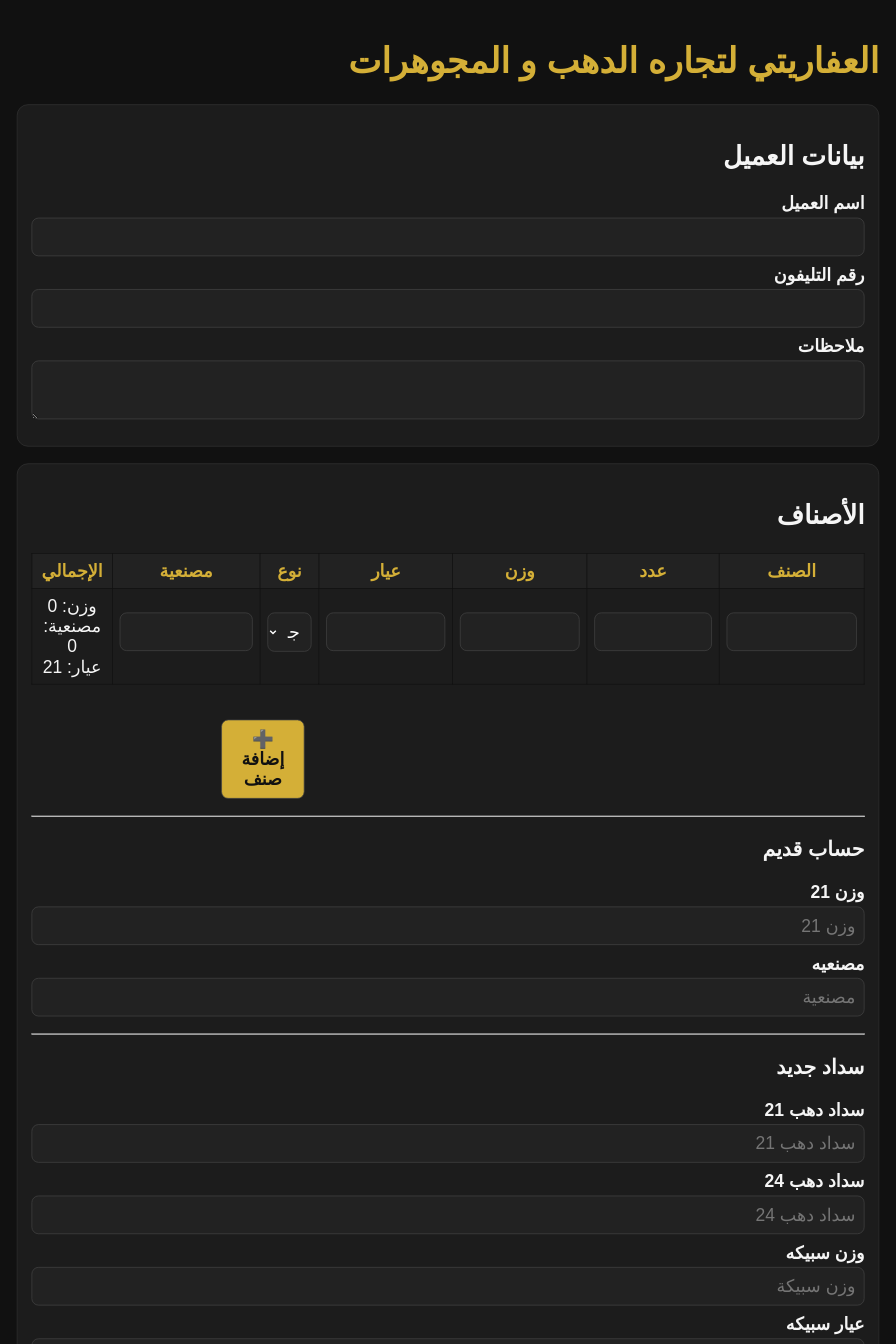
Repository: erineehab27/gold-shop
Page: /
The author's editor kept a copy of each file at every save. The page is drawn from the files as they stood at one save, then again after the next save.
The browser window is 1280 px wide. The pictures show the part of the page from y = 0 to 1920 px (the page is 3100 px tall), at 70% of full size.
The project was rebuilt for these pictures with package versions that can differ from the ones it lists, and the page was loaded fresh each time. Also part of the build but not shown: vite.config.js, src/printpage.jsx.

Above is the page before, as saved 2026-05-15 13:47:28.

### index.html
<!doctype html>
<html lang="en">
  <head>
    <meta charset="UTF-8" />
    <link rel="icon" type="image/svg+xml" href="/favicon.svg" />
    <meta name="viewport" content="width=device-width, initial-scale=1.0" />
    <title>العفاريتي لتجارة الذهب و المجوهرات</title>
  </head>
  <body>
    <div id="root"></div>
    <script type="module" src="/src/main.jsx"></script>
  </body>
</html>

### src/main.jsx
// import React from "react";
// import ReactDOM from "react-dom/client";
// import App from "./App.jsx";

// ReactDOM.createRoot(document.getElementById("root")).render(
//   <React.StrictMode>
//     <App />
//   </React.StrictMode>
// );





import React from "react";
import ReactDOM from "react-dom/client";
import App from "./App.jsx";
import PrintPage from "./printpage.jsx";

import { BrowserRouter, Routes, Route } from "react-router-dom";


ReactDOM.createRoot(document.getElementById("root")).render(
  <BrowserRouter>
    <Routes>
      <Route path="/" element={<App />} />
      <Route path="/print" element={<PrintPage />} />

    </Routes>
  </BrowserRouter>
);

### src/App.jsx
// import { useState } from "react";
// import { useNavigate } from "react-router-dom";
// import "./App.css";

// export default function App() {
//   const navigate = useNavigate();

//   const [showForm, setShowForm] = useState(false);

//   // ✅ بيانات العميل manual
//   const [customerName, setCustomerName] = useState("");
//   const [customerPhone, setCustomerPhone] = useState("");
//   const [customerNotes, setCustomerNotes] = useState("");

//   const [invoices, setInvoices] = useState([]);

//   const [items, setItems] = useState([
//     { name: "", count: "", weight: "", karat: "", workmanship: "", type: "gram" }
//   ]);

//   const [oldGold, setOldGold] = useState("");
//   const [oldWorkmanship, setOldWorkmanship] = useState("");

//   const [payGold, setPayGold] = useState("");
//   const [payGold24, setPayGold24] = useState("");
//   const [payWorkmanshipNow, setPayWorkmanshipNow] = useState("");
//   const [cashBack, setCashBack] = useState("");

//   const [barWeight, setBarWeight] = useState("");
//   const [barKarat, setBarKarat] = useState("");

//   const fix = (num) => Number(Number(num).toFixed(2));

//   const handleItemChange = (index, field, value) => {
//     const updated = [...items];
//     updated[index][field] = value;
//     setItems(updated);
//   };

//   const addRow = () => {
//     setItems([
//       ...items,
//       { name: "", count: "", weight: "", karat: "", workmanship: "", type: "gram" }
//     ]);
//   };

//   let totalWeight21 = 0;
//   let totalWorkmanship = 0;

//   items.forEach((item) => {
//     const count = Number(item.count || 0);
//     const weight = Number(item.weight || 0);
//     const karat = Number(item.karat || 0);
//     const workmanship = Number(item.workmanship || 0);

//     let itemWeight = count * weight;
//     let itemWork = item.type === "piece"
//       ? count * workmanship
//       : itemWeight * workmanship;

//     let weight21 = 0;

//     if (karat === 24) weight21 = (itemWeight * 999.9) / 875;
//     else if (karat === 21) weight21 = itemWeight;
//     else weight21 = (itemWeight * karat) / 875;

//     totalWeight21 += weight21;
//     totalWorkmanship += itemWork;
//   });

//   totalWeight21 += Number(oldGold || 0);
//   totalWorkmanship += Number(oldWorkmanship || 0);

//   const payGold24_to21 = (Number(payGold24 || 0) * 999.9) / 875;
//   const barEquivalent21 = (Number(barWeight || 0) * Number(barKarat || 0)) / 875;

//   const totalPaidGold =
//     Number(payGold || 0) +
//     payGold24_to21 +
//     barEquivalent21;

//   const totalPaidWork =
//     Number(payWorkmanshipNow || 0) +
//     Number(cashBack || 0);

//   const remainingGold = fix(totalWeight21 - totalPaidGold);
//   const remainingWork = fix(totalWorkmanship - totalPaidWork);

//   return (
//     <div className="app">
//       <h1>العفاريتي لتجاره الدهب و المجوهرات</h1>

//       {/* ✅ بيانات العميل */}
//       <section className="card">
//         <h2>بيانات العميل</h2>

//         <label>اسم العميل</label>
//         <input value={customerName} onChange={(e) => setCustomerName(e.target.value)} />

//         <label>رقم التليفون</label>
//         <input value={customerPhone} onChange={(e) => setCustomerPhone(e.target.value)} />

//         <label>ملاحظات</label>
//         <textarea value={customerNotes} onChange={(e) => setCustomerNotes(e.target.value)} />
//       </section>

//       <section className="card">
//         <h2>الأصناف</h2>

//         <table>
//           <thead>
//             <tr>
//               <th>الصنف</th>
//               <th>عدد</th>
//               <th>وزن</th>
//               <th>عيار</th>
//               <th>نوع</th>
//               <th>مصنعية</th>
//               <th>الإجمالي</th>
//             </tr>
//           </thead>

//           <tbody>
//             {items.map((item, i) => {
//               const count = Number(item.count || 0);
//               const weight = Number(item.weight || 0);
//               const karat = Number(item.karat || 0);
//               const workmanship = Number(item.workmanship || 0);

//               let itemWeight = count * weight;
//               let itemWork = 0;

//               if (item.type === "piece") {
//                 itemWork = count * workmanship;
//               } else {
//                 itemWork = itemWeight * workmanship;
//               }

//               return (
//                 <tr key={i}>
//                   <td><input onChange={(e) => handleItemChange(i, "name", e.target.value)} /></td>
//                   <td><input onChange={(e) => handleItemChange(i, "count", e.target.value)} /></td>
//                   <td><input onChange={(e) => handleItemChange(i, "weight", e.target.value)} /></td>
//                   <td><input onChange={(e) => handleItemChange(i, "karat", e.target.value)} /></td>
//                   <td>
//                     <select onChange={(e) => handleItemChange(i, "type", e.target.value)}>
//                       <option value="gram">جرام</option>
//                       <option value="piece">قطعة</option>
//                     </select>
//                   </td>
//                   <td><input onChange={(e) => handleItemChange(i, "workmanship", e.target.value)} /></td>
//                   <td>
//                     وزن: {fix(itemWeight)} <br />
//                     مصنعية: {fix(itemWork)} <br />
//                     عيار: {karat === 24 ? "24" : "21"}
//                   </td>
//                 </tr>
//               );
//             })}
//           </tbody>
//         </table>

//         <button className="add" onClick={addRow}>➕ إضافة صنف</button>

//         <hr />

//         <h3>حساب قديم</h3>
//         <label>وزن 21</label>
//         <input placeholder="وزن 21" onChange={(e) => setOldGold(e.target.value)} />
//         <label> مصنعيه</label>
//         <input placeholder="مصنعية" onChange={(e) => setOldWorkmanship(e.target.value)} />

//         <hr />

//         <h3>سداد جديد</h3>
//         <label> سداد دهب 21</label>
//         <input placeholder="سداد دهب 21" onChange={(e) => setPayGold(e.target.value)} />
//         <label>سداد دهب 24</label>
//         <input placeholder="سداد دهب 24" onChange={(e) => setPayGold24(e.target.value)} />

//         {/* 🔥 السبيكة */}
//         <label>وزن سبيكه</label>
//         <input placeholder="وزن سبيكة" onChange={(e) => setBarWeight(e.target.value)} />
//         <label>عيار سبيكه</label>
//         <input placeholder="عيار سبيكة" onChange={(e) => setBarKarat(e.target.value)} />
//         <label>مكافئ 21</label>
//         <input value={fix(barEquivalent21)} readOnly placeholder="مكافئ 21" />

//         <label>سداد مصنعيه</label>
//         <input placeholder="سداد مصنعية" onChange={(e) => setPayWorkmanshipNow(e.target.value)} />
//         <label>كاش باك</label>
//         <input placeholder="كاش باك" onChange={(e) => setCashBack(e.target.value)} />

//         <hr />

//         <h3>الإجماليات</h3>
//         <p>وزن 21: {fix(totalWeight21)}</p>
//         <p>مصنعية: {fix(totalWorkmanship)}</p>
//         <p>مدفوع ذهب: {fix(totalPaidGold)}</p>
//         <p>مدفوع مصنعية: {fix(totalPaidWork)}</p>

//         <h3>المتبقي</h3>
//         <p>ذهب: {remainingGold}</p>
//         <p>مصنعية: {remainingWork}</p>

//         <button
//           className="add"
//           onClick={() => {

//             // 🔥 نروح للطباعة بالبيانات manual
//             navigate("/print", {
//               state: {
//                 customer: {
//                   name: customerName,
//                   phone: customerPhone,
//                   notes: customerNotes
//                 },
//                 items,
//                 oldGold,
//                 oldWorkmanship,
//                 payGold,
//                 payGold24,
//                 payWorkmanshipNow,
//                 cashBack,
//                 barWeight,
//                 barKarat
//               }
//             });

//           }}
//         >
//           🖨️ طباعة
//         </button>
//       </section>
//     </div>
//   );
// }





import { useState } from "react";
import { useNavigate } from "react-router-dom";
import "./App.css";

export default function App() {
  const navigate = useNavigate();

  const [showForm, setShowForm] = useState(false);

  // ✅ بيانات العميل manual
  const [customerName, setCustomerName] = useState("");
  const [customerPhone, setCustomerPhone] = useState("");
  const [customerNotes, setCustomerNotes] = useState("");

  const [invoices, setInvoices] = useState([]);

  const [items, setItems] = useState([
    { name: "", count: "", weight: "", karat: "", workmanship: "", type: "gram" }
  ]);

  const [oldGold, setOldGold] = useState("");
  const [oldWorkmanship, setOldWorkmanship] = useState("");

  const [payGold, setPayGold] = useState("");
  const [payGold24, setPayGold24] = useState("");
  const [payWorkmanshipNow, setPayWorkmanshipNow] = useState("");
  const [cashBack, setCashBack] = useState("");

  const [barWeight, setBarWeight] = useState("");
  const [barKarat, setBarKarat] = useState("");

  const fix = (num) => Number(Number(num).toFixed(2));

  const handleItemChange = (index, field, value) => {
    const updated = [...items];
    updated[index][field] = value;
    setItems(updated);
  };

  const addRow = () => {
    setItems([
      ...items,
      { name: "", count: "", weight: "", karat: "", workmanship: "", type: "gram" }
    ]);
  };

  let totalWeight21 = 0;
  let totalWorkmanship = 0;

  items.forEach((item) => {
    const count = Number(item.count || 0);
    const weight = Number(item.weight || 0);
    const karat = Number(item.karat || 0);
    const workmanship = Number(item.workmanship || 0);

    let itemWeight = count * weight;
    let itemWork = item.type === "piece"
      ? count * workmanship
      : itemWeight * workmanship;

    let weight21 = 0;

    if (karat === 24) weight21 = (itemWeight * 999.9) / 875;
    else if (karat === 21) weight21 = itemWeight;
    else weight21 = (itemWeight * karat) / 875;

    totalWeight21 += weight21;
    totalWorkmanship += itemWork;
  });

  totalWeight21 += Number(oldGold || 0);
  totalWorkmanship += Number(oldWorkmanship || 0);

  const payGold24_to21 = (Number(payGold24 || 0) * 999.9) / 875;
  const barEquivalent21 = (Number(barWeight || 0) * Number(barKarat || 0)) / 875;
  const barWorkmanship = Number(barEquivalent21 || 0) * 8;

  const totalPaidGold =
    Number(payGold || 0) +
    payGold24_to21 +
    barEquivalent21;

    const totalPaidWork =
    Number(payWorkmanshipNow || 0) +
    Number(cashBack || 0) +
    barWorkmanship;

  const remainingGold = fix(totalWeight21 - totalPaidGold);
  const remainingWork = fix(
    totalWorkmanship - totalPaidWork
  );

  return (
    <div className="app">
      <h1>العفاريتي لتجاره الدهب و المجوهرات</h1>

      {/* ✅ بيانات العميل */}
      <section className="card">
        <h2>بيانات العميل</h2>

        <label>اسم العميل</label>
        <input value={customerName} onChange={(e) => setCustomerName(e.target.value)} />

        <label>رقم التليفون</label>
        <input value={customerPhone} onChange={(e) => setCustomerPhone(e.target.value)} />

        <label>ملاحظات</label>
        <textarea value={customerNotes} onChange={(e) => setCustomerNotes(e.target.value)} />
      </section>

      <section className="card">
        <h2>الأصناف</h2>

        <table>
          <thead>
            <tr>
              <th>الصنف</th>
              <th>عدد</th>
              <th>وزن</th>
              <th>عيار</th>
              <th>نوع</th>
              <th>مصنعية</th>
              <th>الإجمالي</th>
            </tr>
          </thead>

          <tbody>
            {items.map((item, i) => {
              const count = Number(item.count || 0);
              const weight = Number(item.weight || 0);
              const karat = Number(item.karat || 0);
              const workmanship = Number(item.workmanship || 0);

              let itemWeight = count * weight;
              let itemWork = 0;

              if (item.type === "piece") {
                itemWork = count * workmanship;
              } else {
                itemWork = itemWeight * workmanship;
              }

              return (
                <tr key={i}>
                  <td><input onChange={(e) => handleItemChange(i, "name", e.target.value)} /></td>
                  <td><input onChange={(e) => handleItemChange(i, "count", e.target.value)} /></td>
                  <td><input onChange={(e) => handleItemChange(i, "weight", e.target.value)} /></td>
                  <td><input onChange={(e) => handleItemChange(i, "karat", e.target.value)} /></td>
                  <td>
                    <select onChange={(e) => handleItemChange(i, "type", e.target.value)}>
                      <option value="gram">جرام</option>
                      <option value="piece">قطعة</option>
                    </select>
                  </td>
                  <td><input onChange={(e) => handleItemChange(i, "workmanship", e.target.value)} /></td>
                  <td>
                    وزن: {fix(itemWeight)} <br />
                    مصنعية: {fix(itemWork)} <br />
                    عيار: {karat === 24 ? "24" : "21"}
                  </td>
                </tr>
              );
            })}
          </tbody>
        </table>

        <button className="add" onClick={addRow}>➕ إضافة صنف</button>

        <hr />

        <h3>حساب قديم</h3>
        <label>وزن 21</label>
        <input placeholder="وزن 21" onChange={(e) => setOldGold(e.target.value)} />
        <label> مصنعيه</label>
        <input placeholder="مصنعية" onChange={(e) => setOldWorkmanship(e.target.value)} />

        <hr />

        <h3>سداد جديد</h3>
        <label> سداد دهب 21</label>
        <input placeholder="سداد دهب 21" onChange={(e) => setPayGold(e.target.value)} />
        <label>سداد دهب 24</label>
        <input placeholder="سداد دهب 24" onChange={(e) => setPayGold24(e.target.value)} />

        {/* 🔥 السبيكة */}
        <label>وزن سبيكه</label>
        <input placeholder="وزن سبيكة" onChange={(e) => setBarWeight(e.target.value)} />
        <label>عيار سبيكه</label>
        <input placeholder="عيار سبيكة" onChange={(e) => setBarKarat(e.target.value)} />
        <label>مكافئ 21</label>
        <input value={fix(barEquivalent21)} readOnly placeholder="مكافئ 21" />
        <label>أجرة السبيكة</label>
<input
  value={fix(barWorkmanship)}
  readOnly
  placeholder="أجرة السبيكة"
/>

        <label>سداد مصنعيه</label>
        <input placeholder="سداد مصنعية" onChange={(e) => setPayWorkmanshipNow(e.target.value)} />
        <label>كاش باك</label>
        <input placeholder="كاش باك" onChange={(e) => setCashBack(e.target.value)} />

        <hr />

        <h3>الإجماليات</h3>
        <p>وزن 21: {fix(totalWeight21)}</p>
        <p>مصنعية: {fix(totalWorkmanship)}</p>
        <p>مدفوع ذهب: {fix(totalPaidGold)}</p>
        <p>مدفوع مصنعية: {fix(totalPaidWork)}</p>

        <h3>المتبقي</h3>
        <p>ذهب: {remainingGold}</p>
        <p>مصنعية: {remainingWork}</p>

        <button
          className="add"
          onClick={() => {

            // 🔥 نروح للطباعة بالبيانات manual
            navigate("/print", {
              state: {
                customer: {
                  name: customerName,
                  phone: customerPhone,
                  notes: customerNotes
                },
                items,
                oldGold,
                oldWorkmanship,
                payGold,
                payGold24,
                payWorkmanshipNow,
                cashBack,
                barWeight,
                barKarat,
                barWorkmanship
              }
            });

          }}
        >
          🖨️ طباعة
        </button>
      </section>
    </div>
  );
}

### src/App.css
body {
  margin: 0;
  font-family: Arial, sans-serif;
  background: #111;
  color: #f5f5f5;
  direction: rtl;
  font-size: 25px;
}

.app {
  padding: 24px;
}

h1 {
  color: #d4af37;
}

.grid {
  display: grid;
  grid-template-columns: 1fr 1fr;
  gap: 24px;
}

.card {
  background: #1c1c1c;
  border: 1px solid #333;
  border-radius: 16px;
  padding: 20px;
  margin-bottom: 24px;
}

input,
textarea,
select,
button {
  width: 100%;
  padding: 12px;
  margin-bottom: 12px;
  border-radius: 10px;
  border: 1px solid #444;
  box-sizing: border-box;
}

input,
textarea,
select {
  background: #222;
  color: white;
  font-size: 25px;
}

.add {
  background: #d4af37;
  color: #111;
  font-weight: bold;
  cursor: pointer;
  width: 10%;
  margin-right:  800px;
  margin-top: 50px;
  font-size: 25px;
}

.customer {
  padding: 12px;
  background: #111;
  margin-bottom: 8px;
  border-radius: 10px;
  cursor: pointer;
}

.customer:hover {
  background: #333;
}

.customer span {
  display: block;
  color: #aaa;
  margin-top: 4px;
}

table {
  width: 100%;
  border-collapse: collapse;
  margin-top: 16px;
}

th,
td {
  border: 1px solid #111;
  padding: 10px;
  text-align: center;
}

th {
  background: #222;
  color: #d4af37;
}

.debt {
  color: #ff6b6b;
}

.credit {
  color: #4ade80;
}

.plus{
  width: 60px;
  background: #d4af37;
  margin-left: 10px;
  font-weight: bold;
  font-size: 25px;
}
label {
  display: block;
  margin-bottom: 6px;
  font-weight: bold;

}

@media print {
  button {
    display: none;
  }
  @page {
    margin-bottom: 0;
  }
}

.arrow{
  background: #d4af37;
  color: #111;
  font-weight: bold;
  cursor: pointer;
  width: 90px;
  margin-right:  1000px;
  /* margin-top: 50px; */
  font-size: 25px;
}
.plusone{
  width: 60px;
  font-weight: bold;
  font-size: 25px;
  background: #d4af37;
  margin-left: 1595px;
}
.plustwo{
  width: 60px;
  font-weight: bold;
  font-size: 25px;
  background: #d4af37;
  margin-left: 20px;

}

.print-header {
  text-align: center;
  margin-bottom: 20px;
  font-size: 15px;
}

.print-header h1 {
  margin: 0;
  font-size: 28px;
  text-align: right;

}
.textp{
  color: #d4af37;
  font-weight: bold;

}
.print-header p {
  margin: 2px 0;
  font-size: 20px;
  text-align: right;
}

After the next save:
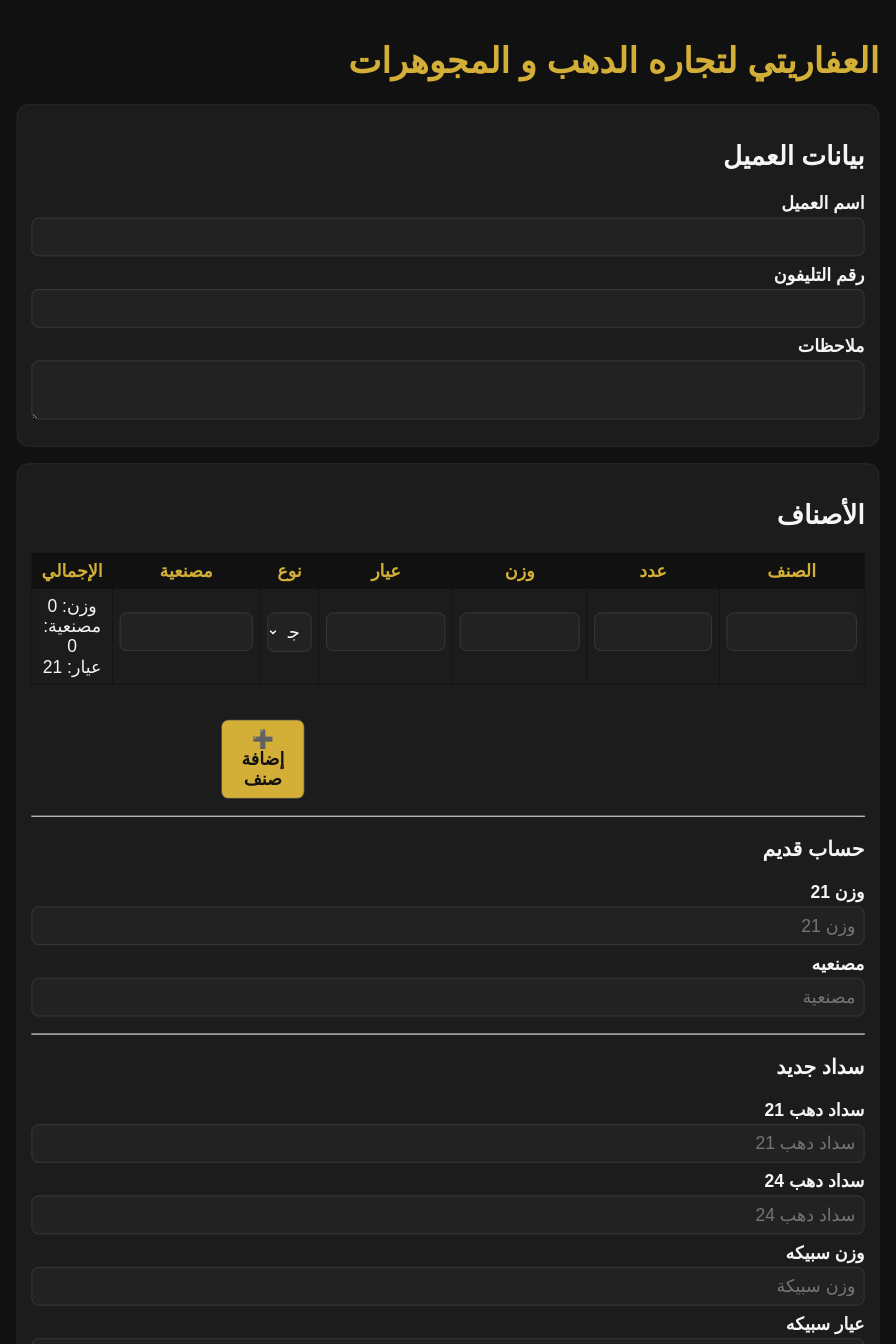
Saved 5 s later.
--- a/src/App.css
+++ b/src/App.css
@@ -92,7 +92,7 @@ td {
 }
 
 th {
-  background: #222;
+  background: #111;
   color: #d4af37;
 }
 
